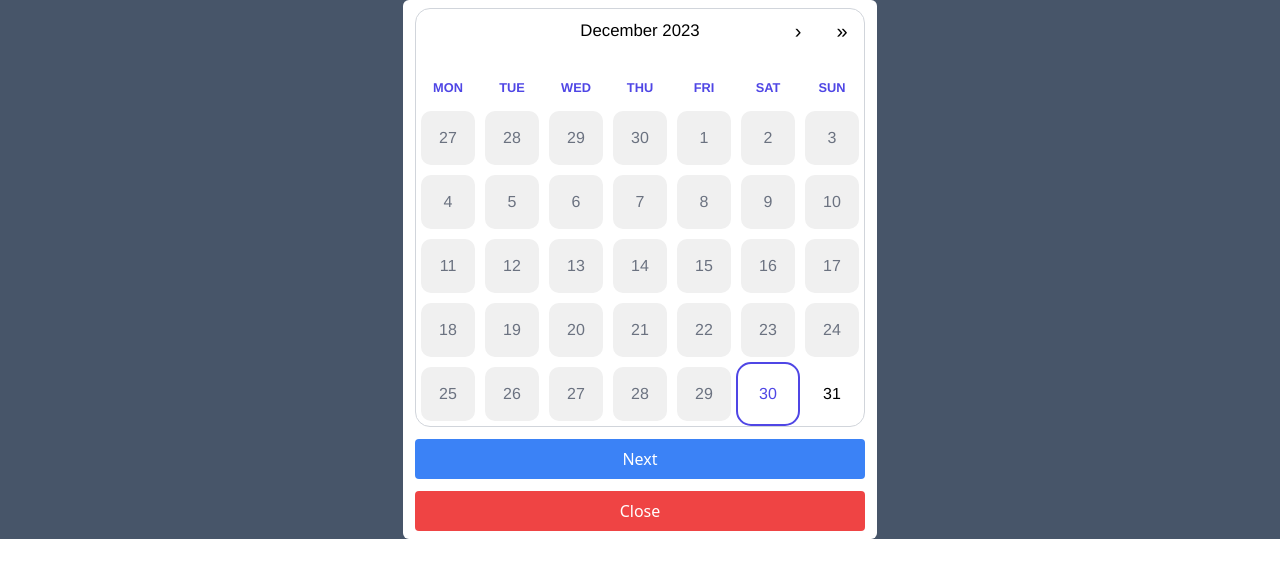
Repository: ImedBousakhria/appointment_system_prototype
Page: /, after clicking the first element matching `h2`
The author's editor kept a copy of each file at every save. The page is drawn from the files as they stood at one save, then again after the next save.
The browser window is 1280 px wide. The pictures show the whole page.
The project was rebuilt for these pictures with package versions that can differ from the ones it lists, and the page was loaded fresh each time. Also part of the build but not shown: vite.config.js.

Above is the page before, as saved 2024-01-04 00:10:27.

After the next save:
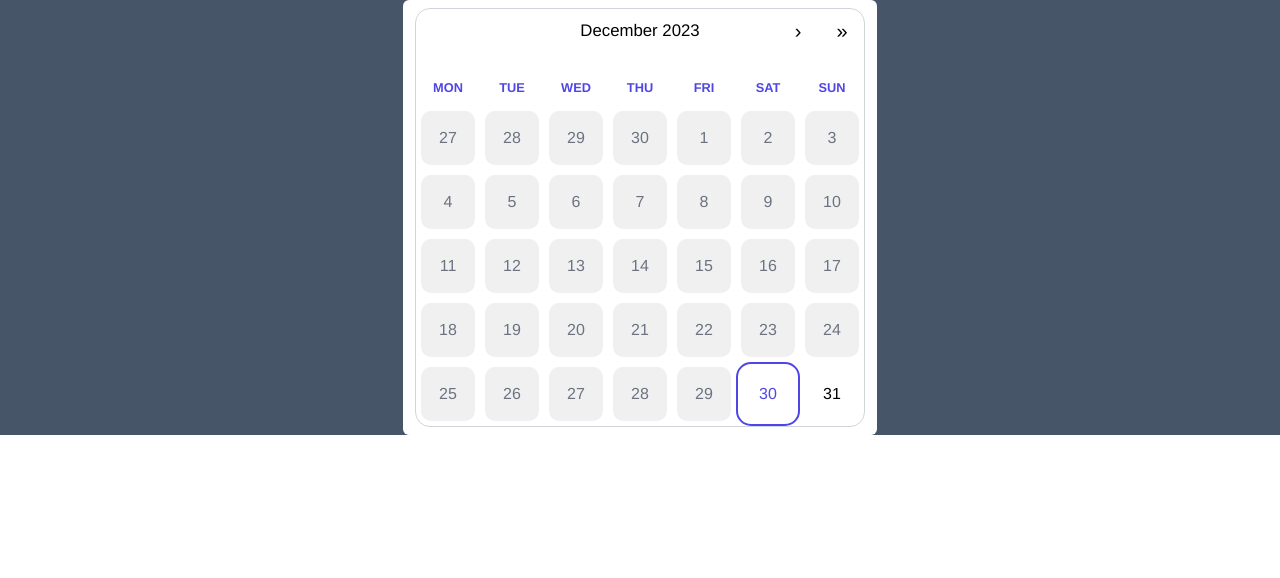
Saved 34 s later.
--- a/src/Calendar.jsx
+++ b/src/Calendar.jsx
@@ -181,25 +181,21 @@ export const Calendar = () => {
               view="month"
               onClickDay={handleDateClick}
             />
-            <motion.button
-              onClick={handleNextButtonClick}
-              className="mt-3 bg-blue-500 text-white p-2 rounded"
-              initial={{ opacity: 0, y: -20 }}
-              animate={{
-                opacity: 1,
-                y: 0,
-                transition: { type: "spring", stiffness: 300 },
-              }}
-            >
-              Next
-            </motion.button>
-            <button
-              onClick={handleCalendarClose}
-              className="mt-3 bg-red-500 text-white p-2 rounded"
-            >
-              Close
-            </button>
           </motion.div>
+        )}
+        {date.justDate && !showTimeSelection && (
+          <motion.button
+            onClick={handleNextButtonClick}
+            className="mt-3 bg-blue-500 text-white p-2 rounded"
+            initial={{ opacity: 0, x: -20 }}
+            animate={{
+              opacity: 1,
+              x: 0,
+              transition: { type: "spring", stiffness: 300 },
+            }}
+          >
+            Next
+          </motion.button>
         )}
       </div>
       {date.justDate && showTimeSelection && (
@@ -217,7 +213,6 @@ export const Calendar = () => {
 };
 
 export default Calendar;
-
 
 
 
